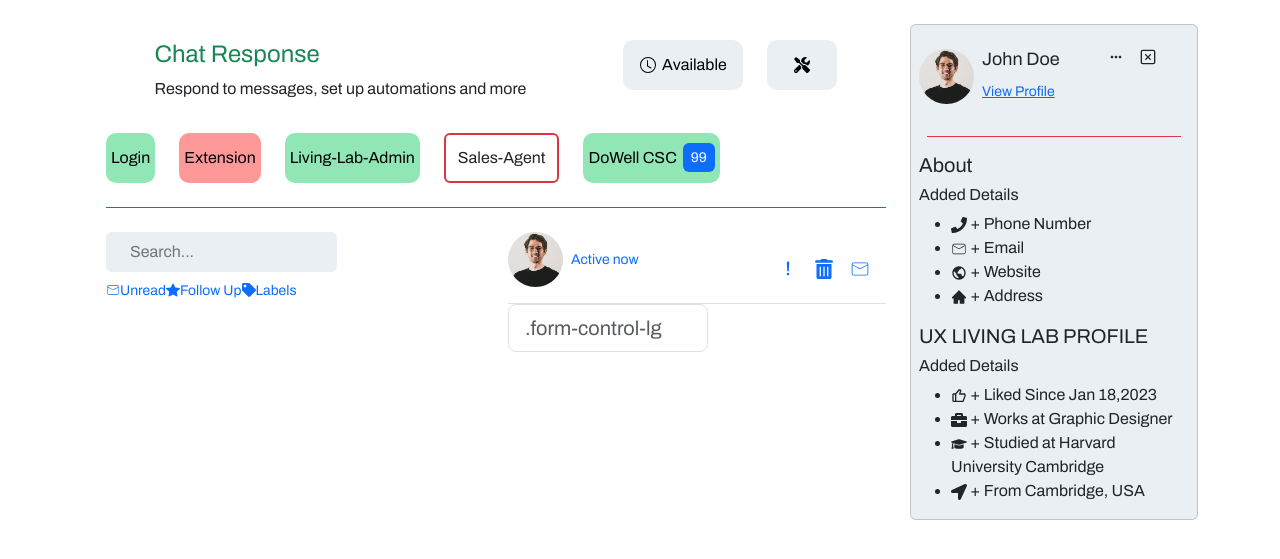
Repository: uh-sman/UX-Living-Lab-Chat
Page: /
The author's editor kept a copy of each file at every save. The page is drawn from the files as they stood at one save, then again after the next save.
The browser window is 1280 px wide. The pictures show the whole page.
The project was rebuilt for these pictures with package versions that can differ from the ones it lists, and the page was loaded fresh each time.

Above is the page before, as saved 2023-05-10 17:39:45.

### public/index.html
<!DOCTYPE html>
<html lang="en">
  <head>
    <meta charset="utf-8" />
    <link rel="icon" href="%PUBLIC_URL%/favicon.ico" />
    <meta name="viewport" content="width=device-width, initial-scale=1" />
    <meta name="theme-color" content="#000000" />
    <meta
      name="description"
      content="Web site created using create-react-app"
    />
    <link rel="apple-touch-icon" href="%PUBLIC_URL%/logo192.png" />
    <!--
      manifest.json provides metadata used when your web app is installed on a
      user's mobile device or desktop. See https://developers.google.com/web/fundamentals/web-app-manifest/
    -->
    <link rel="manifest" href="%PUBLIC_URL%/manifest.json" />
    <!-- font awsome CDN -->

    <link
      rel="stylesheet"
      href="https://cdn.jsdelivr.net/npm/@fortawesome/fontawesome-free@6.2.1/css/fontawesome.min.css"
      integrity="sha384-QYIZto+st3yW+o8+5OHfT6S482Zsvz2WfOzpFSXMF9zqeLcFV0/wlZpMtyFcZALm"
      crossorigin="anonymous"
    />
    <!--
      Notice the use of %PUBLIC_URL% in the tags above.
      It will be replaced with the URL of the `public` folder during the build.
      Only files inside the `public` folder can be referenced from the HTML.

      Unlike "/favicon.ico" or "favicon.ico", "%PUBLIC_URL%/favicon.ico" will
      work correctly both with client-side routing and a non-root public URL.
      Learn how to configure a non-root public URL by running `npm run build`.
    -->
    <title>React App</title>
  </head>
  <body>
    <noscript>You need to enable JavaScript to run this app.</noscript>
    <div id="root"></div>
    <!--
      This HTML file is a template.
      If you open it directly in the browser, you will see an empty page.

      You can add webfonts, meta tags, or analytics to this file.
      The build step will place the bundled scripts into the <body> tag.

      To begin the development, run `npm start` or `yarn start`.
      To create a production bundle, use `npm run build` or `yarn build`.
    -->
  </body>
</html>

### src/index.css
* {
  text-decoration: none;
}

### src/App.js
import "./App.css";
import "bootstrap/dist/css/bootstrap.min.css";
import "bootstrap/dist/js/bootstrap.bundle.min";
import Container from "./container";
function App() {
  return (
    <div className="App">
      <Container />
    </div>
  );
}

export default App;

### src/App.css
@import url("https://fonts.googleapis.com/css2?family=Archivo&display=swap");
:root {
  --header-color: #0d7813;
  /* --button-color :#00000;
  --button-color :#90E7B5; */
  --bg-color: #e9eff3;
  /* #90E7B5 */

  --font: "Archivo", sans-serif;
}

* {
  text-decoration: none;
  /* list-style: none; */
  font-family: "Archivo", sans-serif;
}

.body {
  font-family: "Archivo", sans-serif;
}
.header {
  color: var(--header-color);
  font-family: "Archivo", sans-serif;
}
.button {
  display: flex;
  align-items: center;
  background: var(--bg-color);
  justify-content: center;
  height: 50px;
  width: 120px;
  gap: 6px;
  border: none;
  border-radius: 10px;
}
.button2 {
  display: flex;
  align-items: center;
  background: var(--bg-color);
  justify-content: center;
  height: 50px;
  width: 70px;
  gap: 6px;
  border: none;
  border-radius: 10px;
}
.button3 {
  display: flex;
  align-items: center;
  background: #90e7b5;
  justify-content: center;
  height: 50px;
  max-width: contain;
  padding: 0px 5px;
  gap: 6px;
  border: none;
  border-radius: 10px;
}
.button4 {
  display: flex;
  align-items: center;
  background: #ff9898;
  justify-content: center;
  height: 50px;
  max-width: contain;
  padding: 0px 5px;
  gap: 6px;
  border: none;
  border-radius: 10px;
}
.image-style {
  width: 55px;
  height: 55px;
  border-radius: 500px;
}
.cardBody {
  background-color: var(--bg-color);
}
.input {
  border: var(--bg-color);
  outline: none;
  background: var(--bg-color);
}

### src/container/index.js
import React from "react";
import ChatSection from "./ChatSection";
import DetailsSection from "./DetailsSection";
const Container = () => {
  return (
    <div className="container">
      <div className="d-flex justify-content-around my-4">
        <ChatSection />
        <DetailsSection />
      </div>
    </div>
  );
};

export default Container;

### src/container/ChatSection.js
import React from "react";
import ChatHeader from "./ChatItems/ChatHeader";
import ProfileHead from "./Chats/message/ProfileHead";
import SearchBar from "./Chats/SearchBar";

const ChatSection = () => {
  return (
    <div className="container">
      <ChatHeader />
      {/* chats come here */}
      <div className="d-flex my-2">
        <SearchBar />
        <ProfileHead />
      </div>
    </div>
  );
};

export default ChatSection;

### src/container/DetailsSection.jsx
import React from "react";
import user from "../assets/user.jpg";
import AboutDetails from "./Details/AboutDetails";
import DetailsSectionButton from "./DetailsSectionButton";
const DetailsSection = ({ title, about }) => {
  return (
    <div>
      <div
        className="card"
        style={{ width: "18rem", backgroundColor: "#e9eff3" }}
      >
        <div className="mx-2">
          <div className="d-flex gap-5 mt-4 ">
            <figure className="d-flex gap-2">
              <img src={user} className=" image-style" />
              <div className="">
                <h4 className="body fw-bold" style={{ fontSize: "18px" }}>
                  {title}
                </h4>
                <a href="" className="fw-bold" style={{ fontSize: "14px" }}>
                  View Profile
                </a>
              </div>
            </figure>
            <DetailsSectionButton />
          </div>
          <div className="border-bottom border-danger mx-2 my-3"></div>
          <div className=""></div>
          {/* DETAILS */}
          <AboutDetails />
        </div>
      </div>
    </div>
  );
};
DetailsSection.defaultProps = {
  title: "John Doe",
  about: "About",
};

export default DetailsSection;

### src/container/ChatItems/ChatHeader.jsx
import React from "react";
import Buttons from "./Buttons";
import HeaderButtons from "./HeaderButtons";

const ChatHeader = ({ title, caption }) => {
  return (
    <div className="container">
      <div className=" d-flex justify-content-around my-3">
        <header>
          <h1 className="header fs-4 fw-bold text-success">{title}</h1>
          <p className="fw-medium  Header-font">{caption}</p>
        </header>
        <HeaderButtons />
      </div>
      <Buttons />
      <div className="border-bottom border-success my-4"></div>
    </div>
  );
};

export default ChatHeader;
ChatHeader.defaultProps = {
  title: "Chat Response",
  caption: "Respond to messages, set up automations and more",
};

### src/container/Chats/message/ProfileHead.jsx
import React from "react";
import { FaTrashAlt } from "react-icons/fa";
import user from "../../../assets/user.jpg";
import ChatIcons from "./ChatIcons";
import Message from "./Message";
const ProfileHead = () => {
  return (
    <div className="container overflow-y-scroll">
      <div className="d-flex justify-content-between  align-items-center border-bottom">
        <figure className="d-flex gap-2 align-items-center">
          <img src={user} className=" image-style" />
          <div className="">
            {/* Status active now if true show active */}
            <small className="text-primary">Active now</small>
          </div>
        </figure>
        <ChatIcons />
      </div>
      <Message />
    </div>
  );
};

export default ProfileHead;

### src/container/Chats/SearchBar.jsx
import React from "react";
import { FaSearch } from "react-icons/fa";
import Icons from "./Icons";
// BsStarFill;
const SearchBar = () => {
  return (
    <div className="container">
      <div className="overflow-y-scroll">
        <form>
          <input
            className="input rounded bi bi-search py-2 px-4"
            placeholder="Search..."
          />
          <i className="bi bi-search"></i>
        </form>
        <Icons />
      </div>
    </div>
  );
};

export default SearchBar;

### src/container/Details/AboutDetails.jsx
import React from "react";
import {
  FaPhone,
  FaBriefcase,
  FaGraduationCap,
  FaLocationArrow,
} from "react-icons/fa";
import { CiMail } from "react-icons/ci";
import { BiWorld, BiLike } from "react-icons/bi";
import { AiFillHome } from "react-icons/ai";
const AboutDetails = ({ title, ux }) => {
  const data = [
    {
      phone: "Phone Number",
      email: "Email",
      web: "Website",
    },
  ];
  return (
    <div>
      <div className="">
        <h5>{title}</h5>
        <main>
          <h6>Added Details</h6>
          <div className="">
            <ul>
              <li>
                <FaPhone /> + Phone Number
              </li>
              <li>
                <CiMail /> + Email
              </li>
              <li>
                <BiWorld /> + Website
              </li>
              <li>
                <AiFillHome /> + Address
              </li>
            </ul>
          </div>
        </main>
      </div>
      <div className="">
        <h5>{ux}</h5>
        <main>
          <h6>Added Details</h6>
          <div className="">
            <ul>
              <li>
                <BiLike /> + Liked Since Jan 18,2023
                {/* date from the api */}
              </li>
              <li>
                <FaBriefcase /> + Works at Graphic Designer
              </li>
              <li>
                <FaGraduationCap /> + Studied at Harvard University Cambridge
                {/* Place of work from the api */}
              </li>
              <li>
                <FaLocationArrow /> + From Cambridge, USA
              </li>
            </ul>
          </div>
        </main>
      </div>
    </div>
  );
};

export default AboutDetails;

AboutDetails.defaultProps = {
  title: "About",
  ux: "UX LIVING LAB PROFILE",
};

### src/container/DetailsSectionButton.jsx
import React from "react";
import { MdOutlineMoreHoriz } from "react-icons/md";
import { CgCloseR } from "react-icons/cg";
const DetailsSectionButton = () => {
  return (
    <div>
      <div className="d-flex gap-3">
        <MdOutlineMoreHoriz />
        <CgCloseR />
      </div>
    </div>
  );
};

export default DetailsSectionButton;

### src/container/ChatItems/Buttons.jsx
import React from "react";

const Buttons = () => {
  return (
    <div className="d-flex gap-4">
      <button type="button" className="button3">
        Login
      </button>
      <button type="button" className="button4">
        Extension
      </button>
      <button type="button" className="button3">
        Living-Lab-Admin
      </button>
      <button type="button" className="btn border-danger border-2">
        Sales-Agent
      </button>
      <button type="button" className="button3">
        DoWell CSC
        <small className="bg-primary text-white px-2 py-1 rounded">
          {"99"}
        </small>
      </button>
    </div>
  );
};

export default Buttons;

### src/container/ChatItems/HeaderButtons.jsx
import React from "react";
import { BsClock } from "react-icons/bs";
import { FaTools } from "react-icons/fa";
const HeaderButtons = () => {
  return (
    <div className="d-flex gap-4">
      <button type="button" className="button">
        <BsClock className="" />
        Available
      </button>
      <button type="button" className="button2">
        <FaTools />
      </button>
    </div>
  );
};

export default HeaderButtons;

### src/container/Chats/message/ChatIcons.jsx
import React from "react";
import { FaTrashAlt } from "react-icons/fa";
import { BsExclamationLg } from "react-icons/bs";
import { CiMail } from "react-icons/ci";
const ChatIcons = () => {
  return (
    <div className="mx-3">
      <div className="d-flex gap-3">
        <small className="text-primary fs-5"></small>
        <small className="text-primary fs-5">
          <BsExclamationLg />
        </small>
        <small className="text-primary fs-5">
          <FaTrashAlt />
        </small>

        <small className="text-primary fs-5">
          <CiMail />
        </small>
      </div>
    </div>
  );
};

export default ChatIcons;

### src/container/Chats/message/Message.jsx
import React, { useState } from "react";

const Message = () => {
  const [message, setMessage] = useState(null);
  return (
    <div>
      <div className="">
        <form action="">
          <input
            class="form-control form-control-lg"
            type="text"
            placeholder=".form-control-lg"
            aria-label=".form-control-lg example"
            style={{ width: message ? "auto" : "200px" }}
          />
        </form>
      </div>
    </div>
  );
};

export default Message;

### src/container/Chats/Icons.jsx
import React from "react";
import { CiMail } from "react-icons/ci";
import { BsStarFill } from "react-icons/bs";
import { FaTag } from "react-icons/fa";
const Icons = () => {
  return (
    <div>
      <div className="d-flex text-primary my-2">
        <small className="d-flex align-items-center">
          <CiMail /> Unread
        </small>
        <small className="d-flex align-items-center">
          <BsStarFill /> Follow Up
        </small>
        <small className="d-flex align-items-center">
          <FaTag />
          Labels
        </small>
      </div>
    </div>
  );
};

export default Icons;

Loaded but not shown: src/index.js (common file)

After the next save:
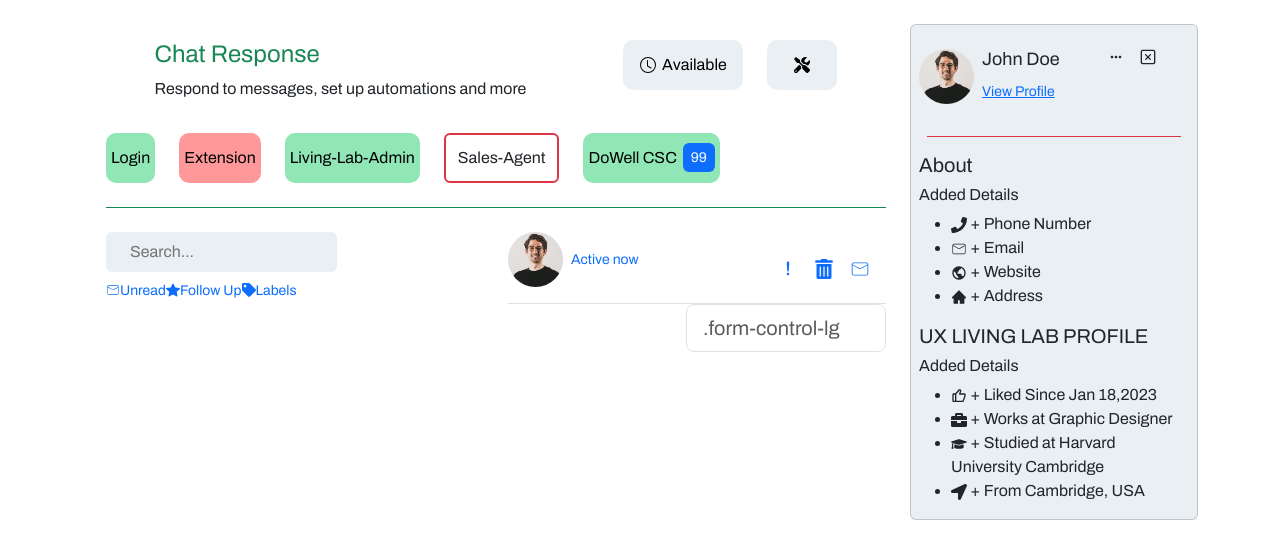
Saved 26 s later.
--- a/src/container/Chats/message/Message.jsx
+++ b/src/container/Chats/message/Message.jsx
@@ -4,7 +4,7 @@ const Message = () => {
   const [message, setMessage] = useState(null);
   return (
     <div>
-      <div className="">
+      <div className="d-flex justify-content-end">
         <form action="">
           <input
             class="form-control form-control-lg"
